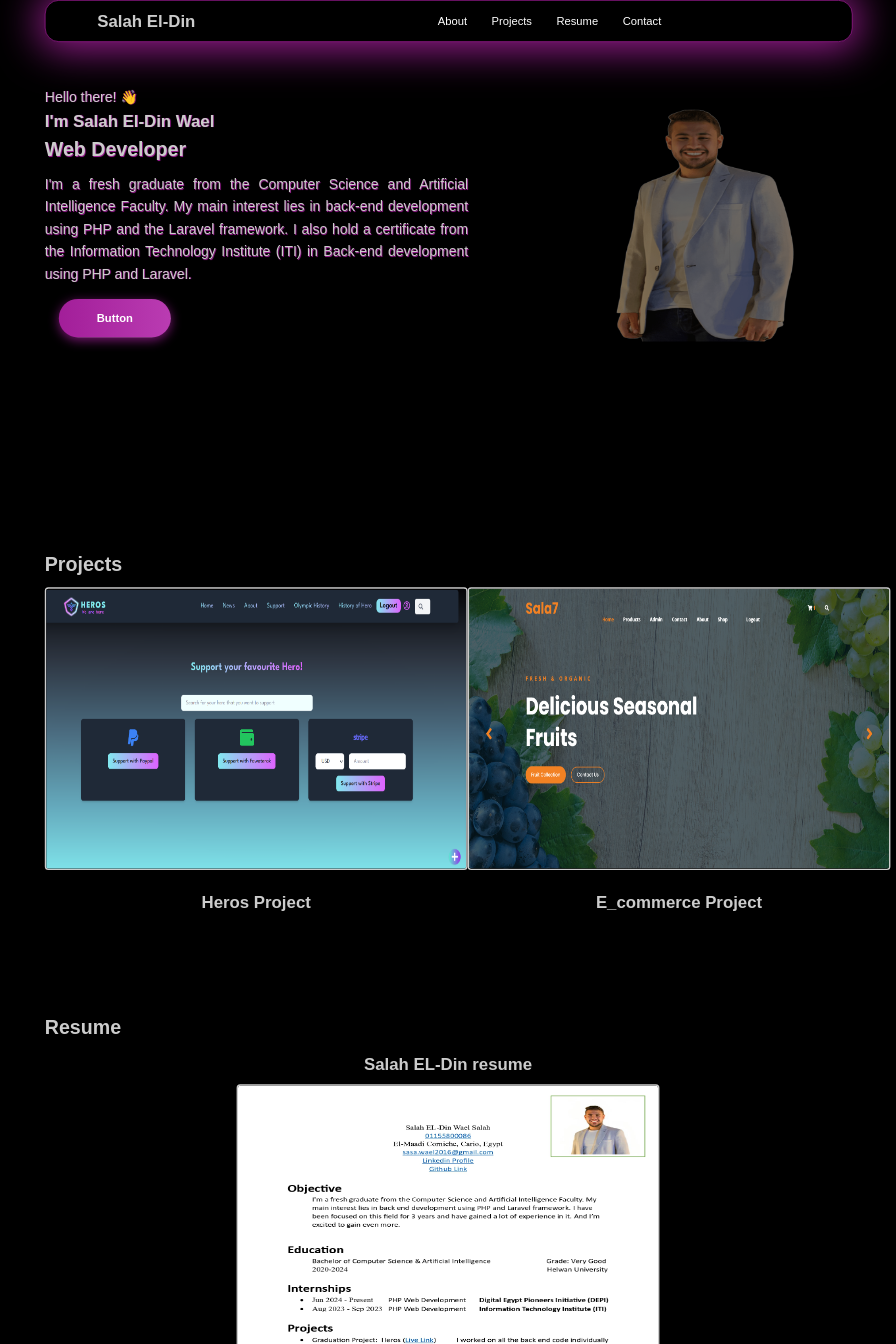
Repository: Salah-Wael/Salah-EL-Din-Portfolio
Page: index.html
These files come from the project's save history. The page is drawn as it stood at one moment and after the next save; the edit follows.
The browser window is 1280 px wide. The pictures show the part of the page from y = 0 to 1920 px (the page is 2900 px tall), at 70% of full size.

Above is the page before, as saved 2024-07-27 23:10:26.

### index.html
<!DOCTYPE html>
<html lang="en">
<head>
  <meta charset="UTF-8">
  <meta name="viewport" content="width=device-width, initial-scale=1.0">
  <title>Salah EL-Din Portfolio</title>
  <link rel="stylesheet" href="./style.css">

</head>
<body>
  <header>
    <nav>
      <h1>Salah El-Din</h1>
      <ul>
        <li><a href="#about">About</a></li>
        <li><a href="#projects">Projects</a></li>
        <li><a href="#resume">Resume</a></li>
        <li><a href="#contact">Contact</a></li>
      </ul>
    </nav>
  </header>
  <section id="about">
    <div class="about">
      <div class="content">
        <p>Hello there! 👋</p>
        <!-- <br> -->
        <h1>I'm Salah El-Din Wael</h1>
        <h2>Web Developer</h2>
          <p>I'm a fresh graduate from the Computer Science and Artificial Intelligence Faculty.
          My main interest lies in back-end development using PHP and the Laravel framework.
          I also hold a certificate from the Information Technology Institute (ITI) in Back-end development using PHP and Laravel.</p>




        <a href=""><button class="bn632-hover bn22">Button</button></a>
      </div>
      <div class="main-img">
        <img src="./img/me/sasag.png" alt="Salah EL-Din">
      </div>
    </div>
  </section>
  <section id="projects">

    <h2>Projects</h2>
    <div class="projects">
      <div class="projects-container">
        <a href="https://heros.rf.gd/" target="_blank">
          <div class="project">
            <div class="image-display">
              <img id="heros" src="img/projects/heros registration.png" alt="heros registration">
            </div>
            <h3>Heros Project</h3>
          </div>
        </a>
      </div>
      <div class="projects-container">
        <a href="https://sala7.great-site.net/" target="_blank">
          <div class="project">
            <div class="image-display">
              <img id="ecommerce" src="img/projects/ecommerce home.png" alt="Sala7 E_commerce">

            </div>
            <h3>E_commerce Project</h3>
          </div>
        </a>
      </div>
    </div>
  </section>
  <section id="resume">
    <h2>Resume</h2>
    <div class="cv-container">
      <div class="project">
        <h3>Salah EL-Din resume</h3>
        <div class="image-display">
          <img id="CV" src="img/CV/Salah EL-Din resume_page-0001.jpg" alt="Salah EL-Din resume">
        </div>
        <div class="thumbnails">
          <img src="img/CV/Salah EL-Din resume_page-0001.jpg" alt="Salah EL-Din resume"
          onclick="swapImage('img/CV/Salah EL-Din resume_page-0001.jpg')">

          <img src="img/CV/Salah EL-Din resume_page-0002.jpg" alt="Salah EL-Din resume"
          onclick="swapImage('img/CV/Salah EL-Din resume_page-0002.jpg')">

        </div>
      </div>
    </div>
  </section>
  <section id="contact">
    <h2>Contact</h2>
    <address>
      <a href="mailto:sasa.wael2016@gmail.com">sasa.wael2016@gmail.com</a><br>
      <a href="https://api.whatsapp.com/send/?phone=%2B201155800086" target="_blank">+20 1155 8000 86</a><br>
      <a href="https://www.linkedin.com/in/salah-eldin" target="_blank">Linkedin</a><br>
      <a href="https://github.com/Salah-Wael" target="_blank">Github</a><br>
    </address>
  </section>
</body>

<script>
    document.addEventListener('DOMContentLoaded', (event) => {
      const herosImages = [
        'img/projects/heros registration.png',
        'img/projects/heros create news.png',
        'img/projects/heros payment.png'
      ];
      const ecommerceImages = [
        'img/projects/ecommerce home.png',
        'img/projects/products.png'
      ];

      let currentHerosIndex = 0;
      const herosImage = document.getElementById('heros');

      function swapHerosImage() {
        currentHerosIndex = (currentHerosIndex + 1) % herosImages.length;
        herosImage.src = herosImages[currentHerosIndex];
      }
      setInterval(swapHerosImage, 2000); // Change image every 2 seconds

      let currentEcommerceIndex = 0;
      const ecommerceImage = document.getElementById('ecommerce');

      function swapEcommerceImage() {
        currentEcommerceIndex = (currentEcommerceIndex + 1) % ecommerceImages.length;
        ecommerceImage.src = ecommerceImages[currentEcommerceIndex];
      }

      setInterval(swapEcommerceImage, 2000); // Change image every 2 seconds
    });



    function swapImage(newSrc) {
      document.getElementById('CV').src = newSrc;
    }
  </script>
</html>

### style.css
/* Reset some basic styles */
*{
  margin: 0;
  padding: 0;
  list-style: none;
  text-decoration: none;
  color:#ccc;
  font-family: Arial, sans-serif;
}

/* General body styling */
body {
  font-family: Arial, sans-serif;
  line-height: 1.6;
  background-color: black;
}

/* Styling for navigation bar */
header{
  height: 10vh;
  width: 100%;

}

:root {
  --main-color: #a21e99;
  --secondary-color: #2ecc71;
  --font-size: 16px;
}

nav {
  background-color: black;
  border: 1px solid var(--main-color) ;
  box-shadow: 1px 1px 60px 8px var(--main-color) ;
  z-index: 1;
  border-radius: 20px;
  color: white;
  width: 90%;
  margin-left: 5%;
  display: flex;
  justify-content: space-between;
  align-items: center;
  padding: 10px 0px;
  margin-bottom: 50px;
  position: fixed;
}

nav h1 {
  width: 30%;
  text-align: center;
  font-size: 24px;
}

nav ul {
  display: flex;
  justify-content: center;
  width: 90%;
  gap: 15px;
}

nav ul li {
  list-style: none;
}

nav ul li a {
  color: white;
  text-decoration: none;
  padding: 5px 10px;
}

nav ul li a:hover {
  color: var(--main-color);
  transition: 0.5s;
}

/* Section styling */
section {
  /* padding: 20px; */
  margin-top: 50px;
  width: 90%;
  margin-left: 5%;
  height: 85vh;
}

section h2 {
  font-size: 28px;
  margin-bottom: 10px;
}

section p {
  font-size: 24px;
}

/* about section styling */
.about{
  display: flex;
  justify-content: space-around;
  align-items: center;
  margin: 0, 20px, 20px, 20px;
}

.about .content{
  width: 70%;
  height: 100%;
}

.about .content{
  text-shadow: 1px 1px 1px #a21e99;
}

.about div p{
  width: 75%;
  font-size: 20px;
  text-align: justify;
}

.bn632-hover {
  width: 160px;
  font-size: 16px;
  font-weight: 600;
  color: #fff;
  cursor: pointer;
  margin: 20px;
  height: 55px;
  text-align:center;
  border: none;
  background-size: 300% 100%;
  border-radius: 50px;
  moz-transition: all .4s ease-in-out;
  -o-transition: all .4s ease-in-out;
  -webkit-transition: all .4s ease-in-out;
  transition: all .4s ease-in-out;
}

.bn632-hover:hover {
  background-position: 100% 0;
  moz-transition: all .4s ease-in-out;
  -o-transition: all .4s ease-in-out;
  -webkit-transition: all .4s ease-in-out;
  transition: all .4s ease-in-out;
}

.bn632-hover:focus {
  outline: none;
}

.bn632-hover.bn22 {
  background-image: linear-gradient(
    to right,
    #a21e99,
    #ba3cb2,
    #dd30d8,
    #b62bb6
  );
  box-shadow: 0 4px 15px 0 rgba(162, 30, 153, 0.75);
}

.about .main-img{
  width: 30%;
  height: 100%;

}

.about div img{
  width: 300px;
  height: 300px;
  animation: salah 2s linear infinite;
  -webkit-animation: salah 2s linear infinite;
  /* box-shadow: 1px 1px 1px 0px rgba(162, 30, 153, 0.75) ; */

}

@keyframes salah {
  0%{
    opacity: 0;
    transform: scale(0.5);

  }
  50%{
    opacity: 0.5;
    transform: scale(1.2);
  }

  100%{
    opacity: 1;
    transform: scale(1);
  }
}


/* Projects section styling */
.projects{
  display: flex;
  justify-content: space-evenly;
}

.projects-container {
  display: flex;
  gap: 20px;
  flex-wrap: wrap;
  justify-content: center;
}
.cv-container {
  display: flex;
  gap: 20px;
  flex-wrap: wrap;
  justify-content: center;
}

.project {
  text-align: center;
}

.project h3 {
  font-size: 24px;
  margin-bottom: 10px;
}

.image-display {
  margin-bottom: 20px;

}

#projects .image-display img {
  width: 600px;
  height: 400px;
  border: 2px solid #ccc;
  border-radius: 5px;
  box-shadow: 0 2px 5px rgba(0, 0, 0, 0.1);
}

#resume{
  height: 110vh;
}
#resume .image-display img {
  width: 600px;
  height: 600px;
  border: 2px solid #ccc;
  border-radius: 5px;
  box-shadow: 0 2px 5px rgba(0, 0, 0, 0.1);
}

.thumbnails {
  display: flex;
  gap: 10px;
  justify-content: center;
}

.thumbnails img {
  width: 100px;
  height: 70px;
  border: 2px solid #ccc;
  border-radius: 5px;
  cursor: pointer;
  transition: border-color 0.3s ease;
}

.thumbnails img:hover {
  border-color: #333;
}

After the next save:
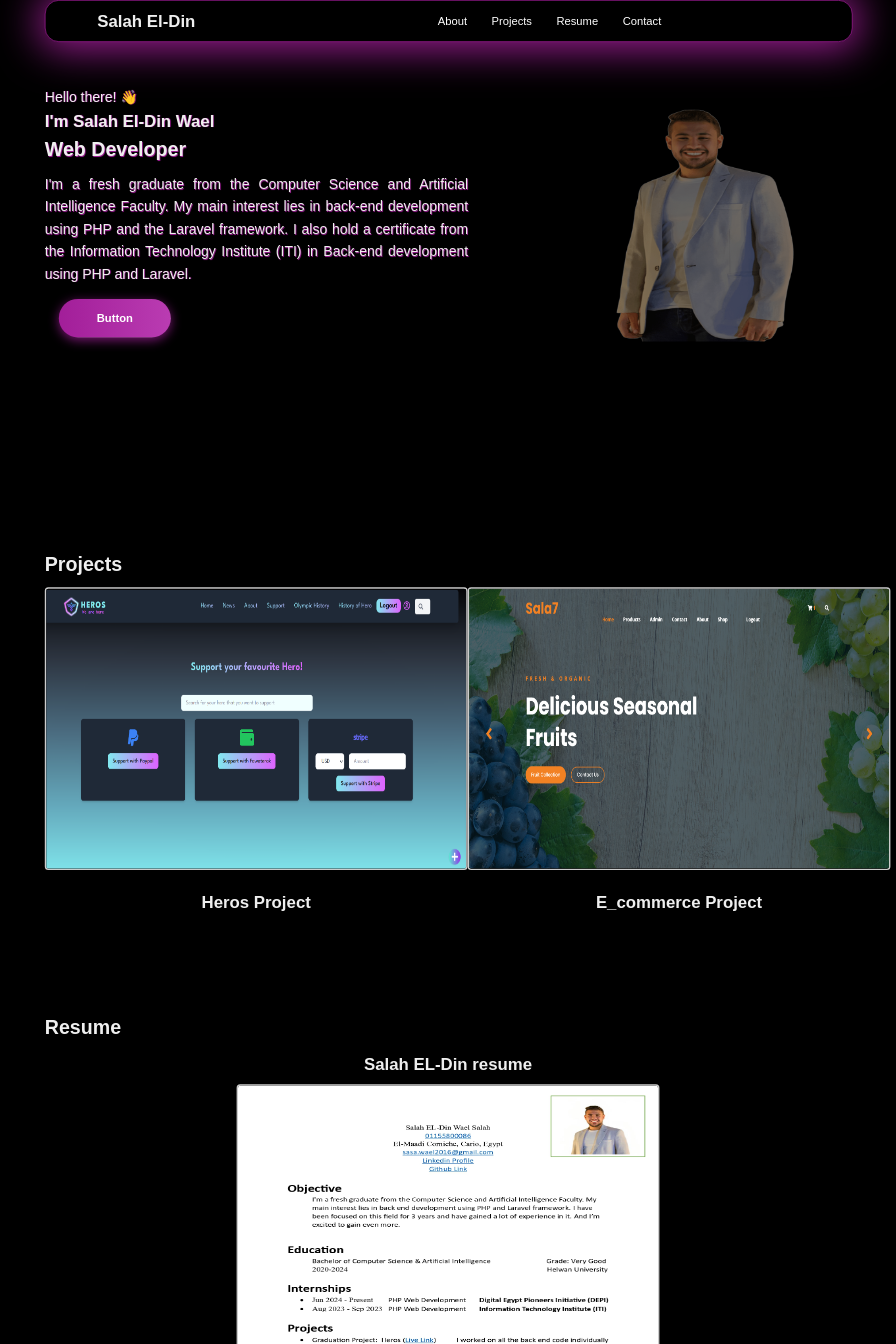
Saved 34 s later.
--- a/style.css
+++ b/style.css
@@ -4,7 +4,7 @@
   padding: 0;
   list-style: none;
   text-decoration: none;
-  color:#ccc;
+  color:#efefef;
   font-family: Arial, sans-serif;
 }
 
